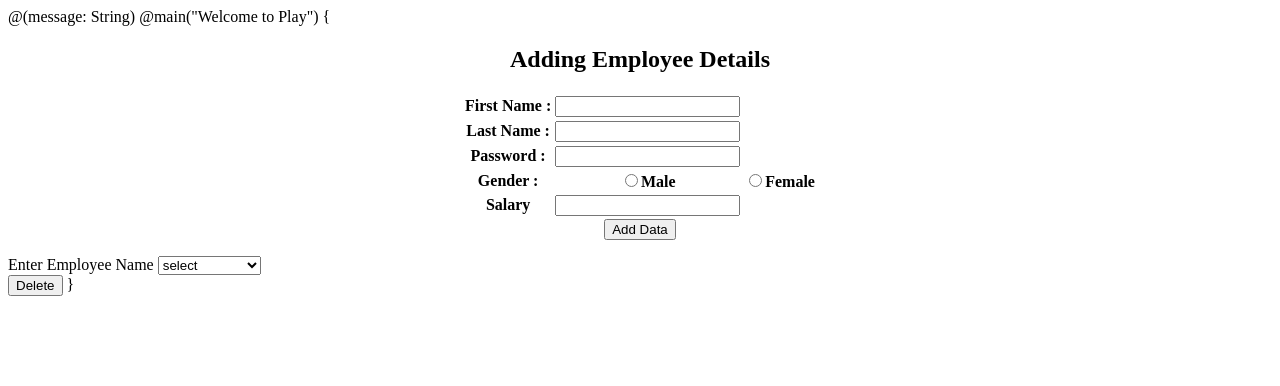
Repository: PoonamDeokar/SalesTool
Page: CrudDemo/app/views/index.scala.html
The author's editor kept a copy of each file at every save. The page is drawn from the files as they stood at one save, then again after the next save.
The browser window is 1280 px wide. The pictures show the whole page.

Above is the page before, as saved 2016-09-16 06:10:30.

### CrudDemo/app/views/index.scala.html

@(message: String)

@main("Welcome to Play") {


  	<form action ="@routes.HomeController.addEmp()" method="post">

    	<center>
    	<h2>Adding Employee Details </h2>
    	<table>
    	<tr>
    		<th>First Name :</th>
    		<th><input type="text" name="fname"></th>
    	</tr>
    	<tr>
    		<th>Last Name :</th>
    		<th><input type="text" name="lname"></th>
    	</tr>
    	<tr>
    		<th>Password :</th>
    		<th><input type="password" name="pass"></th>
    	</tr>
    	<tr>
    		<th>Gender :</th>
    		<th><input type="radio" name="gen" value="male">Male<br></th>
    		<th><input type="radio" name="gen" value="fmale">Female<br></th>
    	</tr>
    	<tr>
    		<th>Salary</th>
    		<th><input type="text" name="sal"></th>
    	</tr>

    	 </table>
    	 <input type="submit"  value="Add Data"/>
    	</center>
    </form>

    <from action="@routes.HomeController.deleteEmp()" method="get">
    Enter Employee Name <select fname="fname">
    <option value="0">select</option>
    @for(emp<-Employee.find.all){
    	<option value=@emp.fname>@emp.fname</option>
    }
    </select><br>
    <input type="submit" value="Delete"/>

    </from>



}

After the next save:
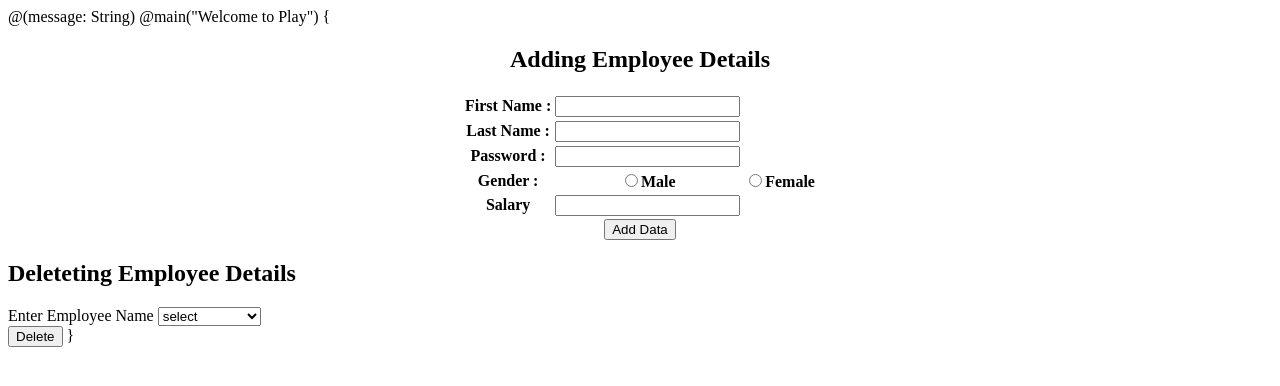
Saved 24 s later.
--- a/CrudDemo/app/views/index.scala.html
+++ b/CrudDemo/app/views/index.scala.html
@@ -37,6 +37,7 @@
     </form>
 
     <from action="@routes.HomeController.deleteEmp()" method="get">
+    <h2>Deleteting Employee Details</h2>
     Enter Employee Name <select fname="fname">
     <option value="0">select</option>
     @for(emp<-Employee.find.all){
